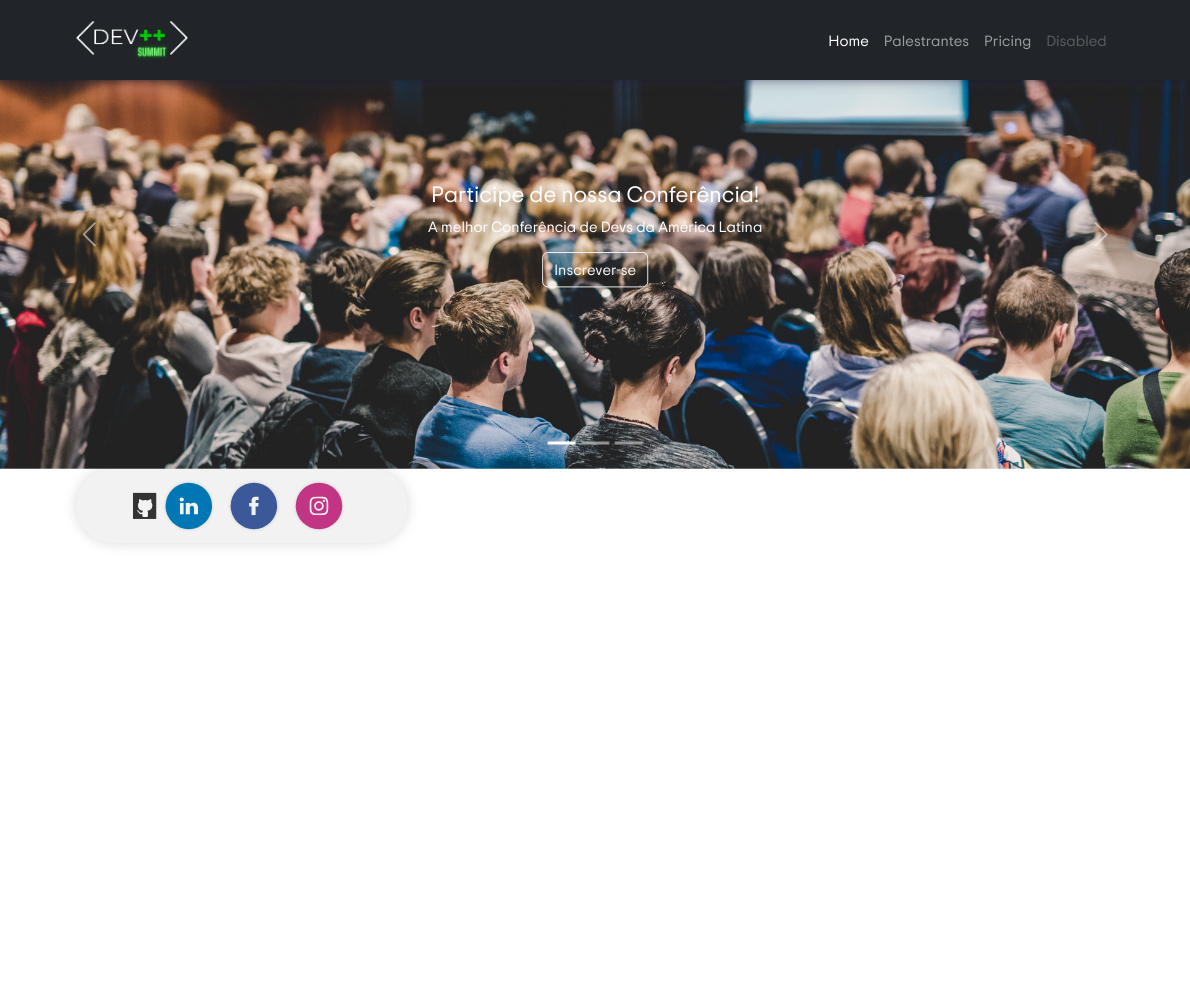
Repository: GScholl/ProjetoWeb_
Page: index.html
An editor plug-in stored every save of this project. The page is shown before and after the next save, followed by the edit.
The browser window is 1280 px wide. The pictures show the whole page, at 93% of full size.

Above is the page before, as saved 2023-08-23 10:30:01.

### index.html
<!DOCTYPE html>
<html lang="pt-BR">

<head>
  <meta charset="UTF-8">
  <meta name="viewport" content="width=device-width, initial-scale=1.0">
  <title>Dev+</title>
  <link rel="stylesheet" href="/Bootstrap/css/bootstrap.min.css">
  <link rel="stylesheet" href="/css/style.css">
</head>

<body>
  <nav class="navbar navbar-expand-lg fixed-top navbar-dark bg-dark t">
    <div class="container d-flex  flex-row  justify-content-between">


      <a class="navbar-brand" href="#"><img src="/img/DEV+.png" alt="logotipo da conferência" class="logo"></a>
      <button class="navbar-toggler" type="button" data-bs-toggle="collapse" data-bs-target="#navbarNav"
        aria-controls="navbarNav" aria-expanded="false" aria-label="Toggle navigation">
        <span class="navbar-toggler-icon"></span>
      </button>

      <div class="collapse navbar-collapse justify-content-end " id="navbarNav">
        <ul class="navbar-nav">
          <li class="nav-item">
            <a class="nav-link active" aria-current="page" href="#">Home</a>
          </li>
          <li class="nav-item">
            <a class="nav-link" href="#">Palestrantes</a>
          </li>
          <li class="nav-item">
            <a class="nav-link" href="#">Pricing</a>
          </li>
          <li class="nav-item">
            <a class="nav-link disabled">Disabled</a>
          </li>
        </ul>
      </div>

    </div>
  </nav>
  <div id="carouselExampleCaptions" class="carousel slide" data-bs-ride="false">
    <div class="carousel-indicators">
      <button type="button" data-bs-target="#carouselExampleCaptions" data-bs-slide-to="0" class="active"
        aria-current="true" aria-label="Slide 1"></button>
      <button type="button" data-bs-target="#carouselExampleCaptions" data-bs-slide-to="1"
        aria-label="Slide 2"></button>
      <button type="button" data-bs-target="#carouselExampleCaptions" data-bs-slide-to="2"
        aria-label="Slide 3"></button>
    </div>

    <div class="carousel-inner">
      <div class="carousel-item active  item-1">

        <div
          class="text-white w-h-100 z-3 d-none text-center d-md-flex align-content-center flex-column justify-content-center">
          <div class="container">
            <h4>Participe de nossa Conferência!</h4>
            <p>A melhor Conferência de Devs da América Latina</p>
            <button class="btn btn-outline-light">Inscrever-se</button>
          </div>
        </div>
      </div>
      <div class="carousel-item item-2 ">

        <div
          class="text-white w-h-100 z-3 d-none text-center d-md-flex align-content-center flex-column justify-content-center">
          <div class="container">
            <h4>Participe de nossa Conferência!</h4>
            <p>A melhor Conferência de Devs da América Latina</p>
            <button class="btn btn-outline-light">Inscrever-se</button>
          </div>
        </div>
      </div>
      <div class="carousel-item  item-3">

        <div
          class="text-white w-h-100 z-3 d-none text-center d-md-flex align-content-center flex-column justify-content-center">
          <div class="container">
            <h4>Participe de nossa Conferência!</h4>
            <p>A melhor Conferência de Devs da América Latina</p>
            <button class="btn btn-outline-light">Inscrever-se</button>
          </div>
        </div>
      </div>
    </div>
    <button class="carousel-control-prev" type="button" data-bs-target="#carouselExampleCaptions" data-bs-slide="prev">
      <span class="carousel-control-prev-icon" aria-hidden="true"></span>
      <span class="visually-hidden">Previous</span>
    </button>
    <button class="carousel-control-next" type="button" data-bs-target="#carouselExampleCaptions" data-bs-slide="next">
      <span class="carousel-control-next-icon" aria-hidden="true"></span>
      <span class="visually-hidden">Next</span>
    </button>
  </div>
  <section>
    <div class="container">
      <div class="row">
        <div class="col-lg-4 col-sm-12 col-md-6">
          <div class="card-palestrante"></div>
          <div class="redes-sociais">
            <a href="#" class="botao-rede-social github">
              <svg class="cf-icon-svg" xmlns="http://www.w3.org/2000/svg" viewBox="-2.5 0 19 19">
                <path
                  d="M9.464 17.178a4.506 4.506 0 0 1-2.013.317 4.29 4.29 0 0 1-2.007-.317.746.746 0 0 1-.277-.587c0-.22-.008-.798-.012-1.567-2.564.557-3.105-1.236-3.105-1.236a2.44 2.44 0 0 0-1.024-1.348c-.836-.572.063-.56.063-.56a1.937 1.937 0 0 1 1.412.95 1.962 1.962 0 0 0 2.682.765 1.971 1.971 0 0 1 .586-1.233c-2.046-.232-4.198-1.023-4.198-4.554a3.566 3.566 0 0 1 .948-2.474 3.313 3.313 0 0 1 .091-2.438s.773-.248 2.534.945a8.727 8.727 0 0 1 4.615 0c1.76-1.193 2.532-.945 2.532-.945a3.31 3.31 0 0 1 .092 2.438 3.562 3.562 0 0 1 .947 2.474c0 3.54-2.155 4.32-4.208 4.548a2.195 2.195 0 0 1 .625 1.706c0 1.232-.011 2.227-.011 2.529a.694.694 0 0 1-.272.587z">
                </path>
              </svg>
            </a>
            <a href="#" class="social-button linkedin">
              <svg viewBox="0 -2 44 44" version="1.1" xmlns="http://www.w3.org/2000/svg"
                xmlns:xlink="http://www.w3.org/1999/xlink">
                <g id="Icons" stroke="none" stroke-width="1">
                  <g transform="translate(-702.000000, -265.000000)">
                    <path
                      d="M746,305 L736.2754,305 L736.2754,290.9384 C736.2754,287.257796 734.754233,284.74515 731.409219,284.74515 C728.850659,284.74515 727.427799,286.440738 726.765522,288.074854 C726.517168,288.661395 726.555974,289.478453 726.555974,290.295511 L726.555974,305 L716.921919,305 C716.921919,305 717.046096,280.091247 716.921919,277.827047 L726.555974,277.827047 L726.555974,282.091631 C727.125118,280.226996 730.203669,277.565794 735.116416,277.565794 C741.21143,277.565794 746,281.474355 746,289.890824 L746,305 L746,305 Z M707.17921,274.428187 L707.117121,274.428187 C704.0127,274.428187 702,272.350964 702,269.717936 C702,267.033681 704.072201,265 707.238711,265 C710.402634,265 712.348071,267.028559 712.41016,269.710252 C712.41016,272.34328 710.402634,274.428187 707.17921,274.428187 L707.17921,274.428187 L707.17921,274.428187 Z M703.109831,277.827047 L711.685795,277.827047 L711.685795,305 L703.109831,305 L703.109831,277.827047 L703.109831,277.827047 Z"
                      id="LinkedIn">
                    </path>
                  </g>
                </g>
              </svg>
            </a>
            <a href="#" class="social-button facebook">
              <svg version="1.1" id="Layer_1" xmlns="http://www.w3.org/2000/svg"
                xmlns:xlink="http://www.w3.org/1999/xlink" viewBox="0 0 310 310" xml:space="preserve">
                <g id="XMLID_834_">
                  <path id="XMLID_835_" d="M81.703,165.106h33.981V305c0,2.762,2.238,5,5,5h57.616c2.762,0,5-2.238,5-5V165.765h39.064
            c2.54,0,4.677-1.906,4.967-4.429l5.933-51.502c0.163-1.417-0.286-2.836-1.234-3.899c-0.949-1.064-2.307-1.673-3.732-1.673h-44.996
            V71.978c0-9.732,5.24-14.667,15.576-14.667c1.473,0,29.42,0,29.42,0c2.762,0,5-2.239,5-5V5.037c0-2.762-2.238-5-5-5h-40.545
            C187.467,0.023,186.832,0,185.896,0c-7.035,0-31.488,1.381-50.804,19.151c-21.402,19.692-18.427,43.27-17.716,47.358v37.752H81.703
            c-2.762,0-5,2.238-5,5v50.844C76.703,162.867,78.941,165.106,81.703,165.106z"></path>
                </g>
              </svg>
            </a>
            <a href="#" class="social-button instagram">
              <svg width="800px" height="800px" viewBox="0 0 20 20" version="1.1" xmlns="http://www.w3.org/2000/svg"
                xmlns:xlink="http://www.w3.org/1999/xlink">
                <g id="Page-1" stroke="none" stroke-width="1">
                  <g id="Dribbble-Light-Preview" transform="translate(-340.000000, -7439.000000)">
                    <g id="icons" transform="translate(56.000000, 160.000000)">
                      <path
                        d="M289.869652,7279.12273 C288.241769,7279.19618 286.830805,7279.5942 285.691486,7280.72871 C284.548187,7281.86918 284.155147,7283.28558 284.081514,7284.89653 C284.035742,7285.90201 283.768077,7293.49818 284.544207,7295.49028 C285.067597,7296.83422 286.098457,7297.86749 287.454694,7298.39256 C288.087538,7298.63872 288.809936,7298.80547 289.869652,7298.85411 C298.730467,7299.25511 302.015089,7299.03674 303.400182,7295.49028 C303.645956,7294.859 303.815113,7294.1374 303.86188,7293.08031 C304.26686,7284.19677 303.796207,7282.27117 302.251908,7280.72871 C301.027016,7279.50685 299.5862,7278.67508 289.869652,7279.12273 M289.951245,7297.06748 C288.981083,7297.0238 288.454707,7296.86201 288.103459,7296.72603 C287.219865,7296.3826 286.556174,7295.72155 286.214876,7294.84312 C285.623823,7293.32944 285.819846,7286.14023 285.872583,7284.97693 C285.924325,7283.83745 286.155174,7282.79624 286.959165,7281.99226 C287.954203,7280.99968 289.239792,7280.51332 297.993144,7280.90837 C299.135448,7280.95998 300.179243,7281.19026 300.985224,7281.99226 C301.980262,7282.98483 302.473801,7284.28014 302.071806,7292.99991 C302.028024,7293.96767 301.865833,7294.49274 301.729513,7294.84312 C300.829003,7297.15085 298.757333,7297.47145 289.951245,7297.06748 M298.089663,7283.68956 C298.089663,7284.34665 298.623998,7284.88065 299.283709,7284.88065 C299.943419,7284.88065 300.47875,7284.34665 300.47875,7283.68956 C300.47875,7283.03248 299.943419,7282.49847 299.283709,7282.49847 C298.623998,7282.49847 298.089663,7283.03248 298.089663,7283.68956 M288.862673,7288.98792 C288.862673,7291.80286 291.150266,7294.08479 293.972194,7294.08479 C296.794123,7294.08479 299.081716,7291.80286 299.081716,7288.98792 C299.081716,7286.17298 296.794123,7283.89205 293.972194,7283.89205 C291.150266,7283.89205 288.862673,7286.17298 288.862673,7288.98792 M290.655732,7288.98792 C290.655732,7287.16159 292.140329,7285.67967 293.972194,7285.67967 C295.80406,7285.67967 297.288657,7287.16159 297.288657,7288.98792 C297.288657,7290.81525 295.80406,7292.29716 293.972194,7292.29716 C292.140329,7292.29716 290.655732,7290.81525 290.655732,7288.98792"
                        id="instagram-[#167]">

                      </path>
                    </g>
                  </g>
                </g>
              </svg>
            </a>
          </div>
        </div>
        <div class="col-4"></div>
        <div class="col-4"></div>
        <div class="col-4"></div>
        <div class="col-4"></div>
        <div class="col-4"></div>
      </div>
    </div>
  </section>
  <script src="/Bootstrap/js/bootstrap.bundle.min.js"></script>
</body>

</html>

### css/style.css
@font-face {
  font-family: "Trip-sans";
  src: url(/font/TripSans-Regular.ttf);
}
* {
  font-family: "Trip-sans", sans-serif;
  transition: 0.2s all;
}
body{
  height: 150vh;;
}
nav{
  box-shadow: rgba(50, 50, 93, 0.25) 0px 6px 12px -2px, rgba(0, 0, 0, 0.3) 0px 3px 7px -3px;
}
.logo {
  height: 60px;
}
.item-1 {
  background-image: url(/img/1.png);
  height: 70vh;
  background-position: center;
  background-size: cover;
 background-repeat: no-repeat;
 width: 100%;
}
.item-2 {
  background-image: url(/img/2.png);
  height: 70vh;
  background-position: center;
  background-size: cover;
  background-repeat: no-repeat;
   width: 100%;

}
.item-3 {
  background-image: url(/img/3.png);
  height: 70vh;
  background-position: center;
  background-size: cover;
  background-repeat: no-repeat;
   width: 100%;
}
.w-h-100{

  width: 100%;
  height: 100%;;
}

.redes-sociais {
  display: flex;
  justify-content: center;
  align-items: center;
  background-color: #f2f2f2;
  box-shadow: 0px 0px 15px #00000027;
  padding: 15px 10px;
  border-radius: 5em;
}

.social-button {
  display: flex;
  justify-content: center;
  align-items: center;
  width: 50px;
  height: 50px;
  border-radius: 50%;
  margin: 0 10px;
  background-color: #fff;
  box-shadow: 0px 0px 4px #00000027;
  transition: 0.3s;
}

.social-button:hover {
  background-color: #f2f2f2;
  box-shadow: 0px 0px 6px 3px #00000027;
}

.redes-sociais svg {
  transition: 0.3s;
  height: 20px;
}

.facebook {
  background-color: #3b5998;
}

.facebook svg {
  fill: #f2f2f2;
}

.facebook:hover svg {
  fill: #3b5998;
}

.github {
  background-color: #333;
}

.github svg {
  width: 25px;
  height: 25px;
  fill: #f2f2f2;
}

.github:hover svg {
  fill: #333;
}

.linkedin {
  background-color: #0077b5;
}

.linkedin svg {
  fill: #f2f2f2;
}

.linkedin:hover svg {
  fill: #0077b5;
}

.instagram {
  background-color: #c13584;
}

.instagram svg {
  fill: #f2f2f2;
}

.instagram:hover svg {
  fill: #c13584;
}

Loaded but not shown: Bootstrap/css/bootstrap.min.css (library); Bootstrap/js/bootstrap.bundle.min.js (library)

After the next save:
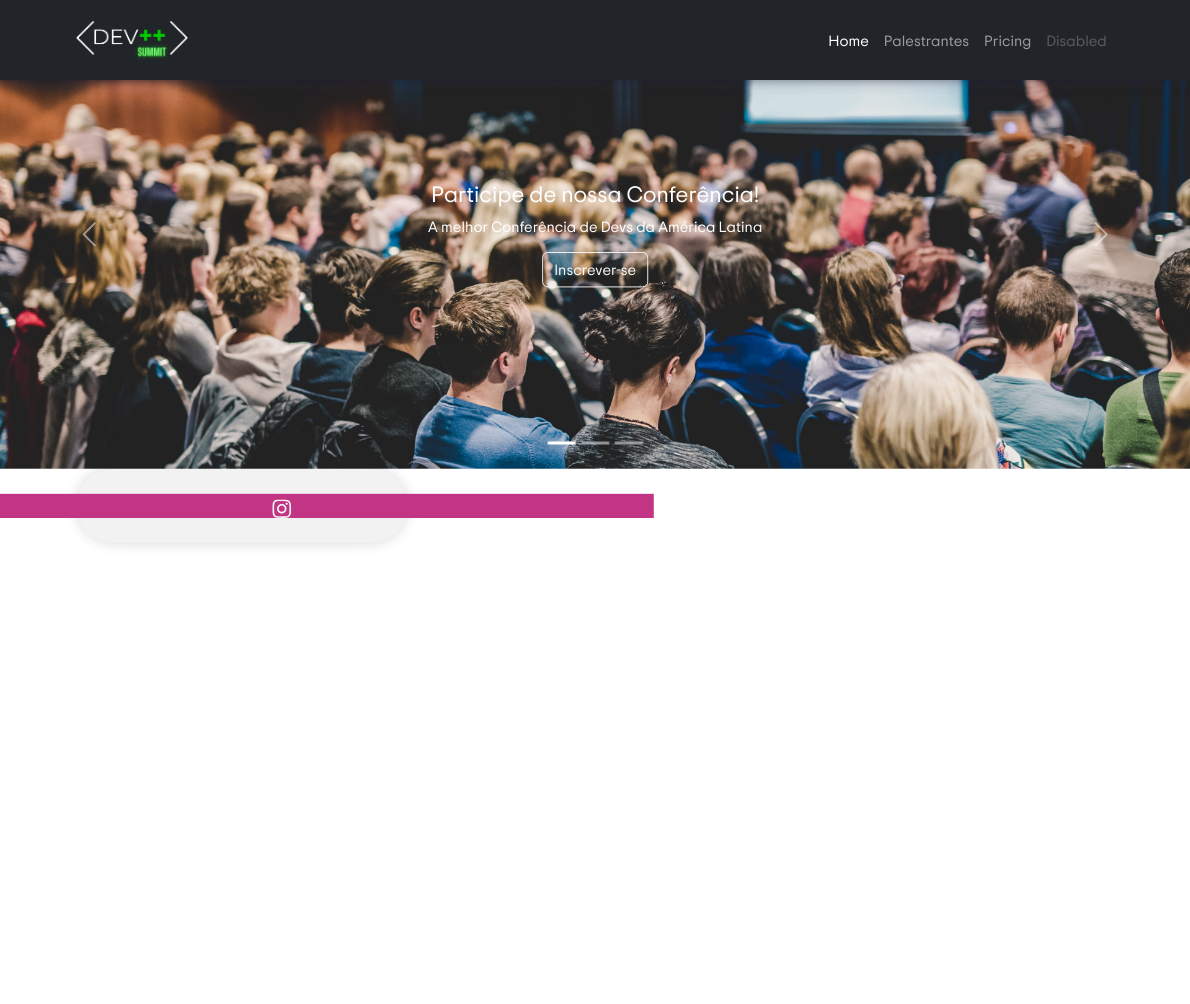
Saved 65 s later.
--- a/css/style.css
+++ b/css/style.css
@@ -56,7 +56,7 @@ nav{
   border-radius: 5em;
 }
 
-.social-button {
+.botao-rede-social {
   display: flex;
   justify-content: center;
   align-items: center;
